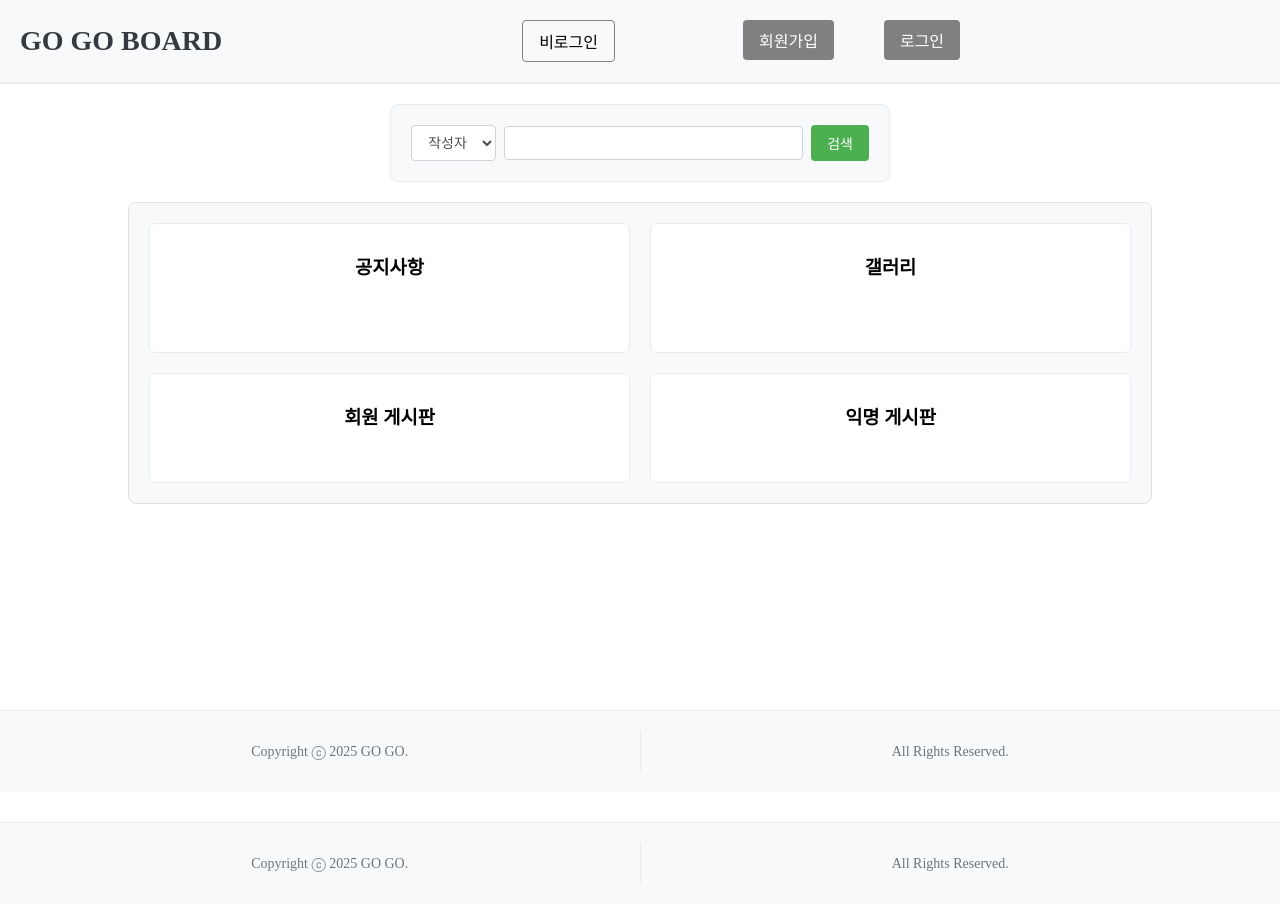
Repository: 1plus1equals3-true/Board-Project
Page: http://localhost/jsp/board_proc/main_proc.jsp
These files come from the project's save history. The page is drawn as it stood at one moment and after a run of saves; the edit follows.
The browser window is 1280 px wide. The pictures show the whole page.
The page is served by Tomcat 9. Other server files are loaded and not shown. Queries for data that is not in the repository find no rows.

Above is the page before, as saved 2025-09-25 02:22:23.

### jsp/src/main/webapp/board_proc/main_proc.jsp
<%@ page language="java" contentType="text/html; charset=UTF-8" pageEncoding="UTF-8"%>
<%@ page import="java.util.*"%>
<%@page import="java.awt.PageAttributes.OrientationRequestedType"%>
<%@ page import="java.sql.*"%>
<%@ page import="lib.DB" %>

<%
Connection conn = null;

String sql = "";
Statement st = null;
ResultSet rs = null;
List <Map<String, String>>memberboardlist = new ArrayList<>();

String sql2 = "";
Statement st2 = null;
ResultSet rs2 = null;
List <Map<String, String>>Noticelist = new ArrayList<>();

String sql3 = "";
Statement st3 = null;
ResultSet rs3 = null;
List <Map<String, String>>anonymitylist = new ArrayList<>();

String sql4 = "";
Statement st4 = null;
ResultSet rs4 = null;
List <Map<String, String>>gallerylist = new ArrayList<>();

try {
	conn = DB.getConnection();

	sql = "SELECT * FROM board WHERE boardtype=1 ORDER BY idx DESC LIMIT 5";
	sql2 = "SELECT * FROM board WHERE boardtype=0 ORDER BY idx DESC LIMIT 5";
	sql3 = "SELECT * FROM board WHERE boardtype=2 ORDER BY idx DESC LIMIT 5";
	sql4 = "SELECT * FROM board WHERE boardtype=3 ORDER BY idx DESC LIMIT 6";

	st = conn.createStatement();
	st2 = conn.createStatement();
	st3 = conn.createStatement();
	st4 = conn.createStatement();
	rs = st.executeQuery(sql);
	rs2 = st2.executeQuery(sql2);
	rs3 = st3.executeQuery(sql3);
	rs4 = st4.executeQuery(sql4);

	while (rs.next()) {
	    String idx = rs.getString("idx");
	    String title = rs.getString("title");

	    Map<String, String> row = new HashMap<>();
	    row.put("idx", idx);
	    row.put("title", title);

	    memberboardlist.add(row);
	}

	while (rs2.next()) {
	    String idx = rs2.getString("idx");
	    String title = rs2.getString("title");

	    Map<String, String> row = new HashMap<>();
	    row.put("idx", idx);
	    row.put("title", title);

	    Noticelist.add(row);
	}

	while (rs3.next()) {
	    String idx = rs3.getString("idx");
	    String title = rs3.getString("title");

	    Map<String, String> row = new HashMap<>();
	    row.put("idx", idx);
	    row.put("title", title);

	    anonymitylist.add(row);
	}

	while (rs4.next()) {
	    String idx = rs4.getString("idx");
	    String title = rs4.getString("title");

	    Map<String, String> row = new HashMap<>();
	    row.put("idx", idx);
	    row.put("title", title);

	    gallerylist.add(row);
	}

}catch(Exception e){
    e.printStackTrace();
    out.println(sql);
    out.println(sql2);
    out.println(sql3);
    out.println(sql4);
}finally {
    try { if (rs != null) rs.close(); } catch (SQLException ignore) { }
    try { if (rs2 != null) rs2.close(); } catch (SQLException ignore) { }
    try { if (rs3 != null) rs3.close(); } catch (SQLException ignore) { }
    try { if (rs4 != null) rs4.close(); } catch (SQLException ignore) { }

    try { if (st != null) st.close(); } catch (SQLException ignore) { }
    try { if (st2 != null) st2.close(); } catch (SQLException ignore) { }
    try { if (st3 != null) st3.close(); } catch (SQLException ignore) { }
    try { if (st4 != null) st4.close(); } catch (SQLException ignore) { }

    try { if (conn != null) conn.close(); } catch (SQLException ignore) { }
}



    // request 객체에 데이터 저장
    request.setAttribute("memberboardlist", memberboardlist);
    request.setAttribute("Noticelist", Noticelist);
    request.setAttribute("anonymitylist", anonymitylist);
    request.setAttribute("gallerylist", gallerylist);

    // 뷰(View) 역할을 하는 JSP로 포워딩
    RequestDispatcher dispatcher = request.getRequestDispatcher("../board/main.jsp");
    dispatcher.forward(request, response);
%>

### jsp/src/main/webapp/board/main.jsp
<%@page import="java.awt.PageAttributes.OrientationRequestedType"%>
<%@ page language="java" contentType="text/html; charset=UTF-8"
    pageEncoding="UTF-8"%>
<%@ page import="java.sql.*"%>
<%@ page import="lib.DB" %>
<%@ taglib prefix="c" uri="http://java.sun.com/jsp/jstl/core"%>
<!DOCTYPE html>
<html>
<head>
<meta charset="UTF-8">
<title>메인 화면</title>

<style>
*{
	margin: 0 auto;
	padding: 0;
	text-align: center;
	box-sizing: border-box;
}


/*두번째 섹션*/
.grid-container {
    display: flex;
    flex-wrap: wrap;
    justify-content: center;
    gap: 20px;
    width: 80%;
    max-width: 1200px;
    margin: 20px auto;
    border: 1px solid #dee2e6;
    border-radius: 8px;
    padding: 20px;
    background-color: #f8f9fa;
}

/* 각 게시판 요약 div 스타일 */
.grid-container > div {
    flex-basis: calc(50% - 10px);
    box-sizing: border-box;
    padding: 20px;
    text-align: left; /* 내부 텍스트 왼쪽 정렬 */
    background-color: #fff; /* 내부 div 배경색 */
    border: 1px solid #e9ecef; /* 내부 div 테두리 */
    border-radius: 6px;
}

/* 각 게시판 제목 */
.grid-container h3 {
    text-align: center; /* 제목은 중앙 정렬 */
    margin-bottom: 15px;
    color: #333;
    /*border-bottom: 1px solid #eee;*/
    padding-bottom: 10px;
}

/* 텍스트 목록 (공지사항, 게시판) */
.grid-container > div a {
    display: block; /* 링크를 세로로 정렬 */
    text-decoration: none;
    color: #555;
    padding: 8px 0;
    border-bottom: 1px solid #f0f0f0;
    transition: color 0.2s ease;
    text-align: left;
}

.grid-container > div a:hover {
    color: #007bff;
}

/* 갤러리 슬라이더 컨테이너 */
.slider-container {
    position: relative; /* 버튼 배치를 위해 */
    overflow: hidden; /* 슬라이드 영역 밖의 내용을 숨김 */
    padding: 10px 0; /* 상하 여백 */
}

/* 모든 슬라이드를 담는 트랙 */
.slider-track {
    display: flex; /* 이미지를 가로로 나열 */
    transition: transform 0.5s ease-in-out; /* 슬라이드 애니메이션 효과 */
    width: 100%; /* 초기 너비 */
}

/* 각 슬라이드 아이템 (3x2 그리드 하나) */
.slide-item {
    min-width: 100%; /* 슬라이드 아이템이 슬라이더 컨테이너 너비만큼 차지 */
    box-sizing: border-box;
    display: grid;
    grid-template-columns: repeat(3, 1fr); /* 3열 그리드 유지 */
    grid-template-rows: repeat(2, 1fr); /* 2행 그리드 유지 */
    gap: 5px;
    padding: 0 5px; /* 양쪽 끝 여백 */
}

/* 갤러리 이미지 스타일 */
.slide-item img {
    width: 100%; /* 슬라이드 아이템 너비에 맞게 */
    height: 78px;
    object-fit: cover;
    border: 1px solid #ddd;
    border-radius: 4px;
}

/* 슬라이드 버튼 스타일 */
.slide-btn {
    position: absolute;
    top: 50%;
    transform: translateY(-50%);
    background: rgba(0, 0, 0, 0.5);
    color: white;
    border: none;
    padding: 10px 15px;
    cursor: pointer;
    z-index: 10;
    border-radius: 4px;
    opacity: 0.8;
}

.slide-btn:hover {
    opacity: 1;
}

.prev-btn {
    left: 10px;
}

.next-btn {
    right: 10px;
}

/*검색 폼*/
.search-form {
    display: flex;
    align-items: center;
    gap: 8px; /* 요소들 사이의 간격 */
    padding: 20px;
    background-color: #f8f9fa;
    border: 1px solid #e9ecef;
    border-radius: 8px;
    max-width: 500px;
    margin: 20px auto; /* 중앙 정렬 */
}

.search-form select,
.search-form input[type="text"] {
    padding: 8px 12px;
    border: 1px solid #ced4da;
    border-radius: 4px;
    font-size: 14px;
    color: #495057;
}

.search-form select {
    background-color: #fff;
    cursor: pointer;
}

.search-form input[type="text"] {
    flex-grow: 1; /* 남은 공간을 채우도록 */
}

.search-form button {
    padding: 8px 16px;
    border: none;
    border-radius: 4px;
    background-color: #4CAF50;
    color: white;
    font-size: 14px;
    cursor: pointer;
    transition: background-color 0.3s ease;
}

.search-form button:hover {
    background-color: #0056b3;
}
</style>
</head>
<body>
<%@ include file="op_top.jsp" %>
<section class="min-height">
<section>
	<form name="search_form" method="get" action="../board/list.jsp" class="search-form">
		<select name="key">
			<option value="name">작성자</option>
			<option value="title">제목</option>
			<option value="content">내용</option>
		</select>
		<input type="text" name="word">
		<button type="submit">검색</button>
	</form>
</section>
<section class="grid-container">
	<div>
		<h3><a href="../board/list_notice.jsp" style="border-bottom: none; text-align: center; color: black;">공지사항</a></h3>
		<c:forEach var="row" items="${Noticelist}">
			<a href="<c:url value="../board/view.jsp"><c:param name="idx" value="${row.idx}" /></c:url>">
	    		<c:out value="${row.title}" />
			</a>
		</c:forEach>
	</div>

	<div>
		<h3><a href="../board/list_gallery.jsp" style="border-bottom: none; text-align: center; color: black;">갤러리</a></h3>

		<div class="slider-container">
			<div class="slider-track">

			<c:forEach var="row" items="${gallerylist}" varStatus="status">
				<c:if test="${status.index % 6 == 0}">
					<div class="slide-item">
				</c:if>

				<a href="<c:url value="../board/view.jsp"><c:param name="idx" value="${row.idx}" /></c:url>">
					<img alt="X" src="../board_proc/download_gallery.jsp?idx=<c:out value="${row.idx}" />&fileidx=0">
				</a>

				<c:if test="${status.index % 6 == 5}">
					</div> </c:if>

			</c:forEach>

			<c:if test="${gallerylist.size() % 6 != 0}">
				</div> </c:if>

			</div> <button class="slide-btn prev-btn">❮</button>
			<button class="slide-btn next-btn">❯</button>
		</div>
	</div>

	<div>
		<h3><a href="../board/list_member.jsp" style="border-bottom: none; text-align: center; color: black;">회원 게시판</a></h3>
		<c:forEach var="row" items="${memberboardlist}">
			<a href="<c:url value="../board/view.jsp"><c:param name="idx" value="${row.idx}" /></c:url>">
	    		<c:out value="${row.title}" />
			</a>
		</c:forEach>
	</div>

	<div>
		<h3><a href="../board/list_anonymity.jsp" style="border-bottom: none; text-align: center; color: black;">익명 게시판</a></h3>
		<c:forEach var="row" items="${anonymitylist}">
			<a href="<c:url value="../board/view.jsp"><c:param name="idx" value="${row.idx}" /></c:url>">
	    		<c:out value="${row.title}" />
			</a>
		</c:forEach>
	</div>
</section>
</section>
<%@ include file="op_bot.jsp" %>
<%@ include file="op_bot.jsp" %>

<script>
document.addEventListener('DOMContentLoaded', function() {
    const track = document.querySelector('.slider-track');
    const slides = document.querySelectorAll('.slide-item');
    const nextBtn = document.querySelector('.next-btn');
    const prevBtn = document.querySelector('.prev-btn');

    // 슬라이드가 없거나 1개 이하면 슬라이드 기능 불필요
    if (slides.length <= 1) {
        if (nextBtn) nextBtn.style.display = 'none';
        if (prevBtn) prevBtn.style.display = 'none';
        return;
    }

    let currentSlide = 0;
    const slideWidth = 100; // 각 슬라이드 아이템은 컨테이너의 100% 너비

    // 슬라이드 이동 함수
    function moveToSlide(index) {
        if (index < 0) {
            currentSlide = slides.length - 1; // 무한 슬라이드를 원치 않으면 0으로
        } else if (index >= slides.length) {
            currentSlide = 0; // 무한 슬라이드를 원치 않으면 slides.length - 1로
        } else {
            currentSlide = index;
        }

        const offset = -currentSlide * slideWidth; // 이동할 거리 계산
        track.style.transform = `translateX(${offset}%)`;
    }

    // 다음 버튼 클릭 이벤트
    nextBtn.addEventListener('click', () => {
        moveToSlide(currentSlide + 1);
    });

    // 이전 버튼 클릭 이벤트
    prevBtn.addEventListener('click', () => {
        moveToSlide(currentSlide - 1);
    });

    // 초기 버튼 상태 설정 (필요하다면)
    // moveToSlide(0); // 첫 슬라이드로 초기화
});
</script>

</body>
</html>
</body>
</html>

### jsp/src/main/webapp/board/op_top.jsp
<%@ page language="java" contentType="text/html; charset=UTF-8"
    pageEncoding="UTF-8"%>
<%@ page import="java.sql.*" %>
<%@ page import="lib.DB" %>
<%
String login_id = "";
login_id = (String)session.getAttribute("ss_check");
String login_idx = "";
String login_name = "";
String login_upfile = "";
int login_rank = -1;

if(login_id == null || login_id.equals("") || login_id.equals("null")) {
}else {
	String sqll = null;
	Connection connl =null;
	PreparedStatement psl = null;
	ResultSet rsl = null;

	try {

		connl = DB.getConnection();

		sqll = "SELECT * FROM member WHERE uid=?";
		psl = connl.prepareStatement(sqll);
		psl.setString(1, login_id);

		rsl = psl.executeQuery();
		rsl.next();

		login_idx = rsl.getString("idx");
		login_name = rsl.getString("name");
		login_upfile = rsl.getString("upfile");
		login_rank = rsl.getInt("member_rank");

	}catch (Exception e) {
		out.println(e.toString());
		out.println(sqll);
	}
}

if (login_rank == 0) {
	%> <script type="text/javascript">
		alert("비활성화된 회원입니다.");
		location.replace("../member/Login.jsp")
	</script> <%
	session.removeAttribute("ss_check");
	return;
}

%>

<style>
.min-height {
	min-height: 80vh;
}
*{
	margin: 0 auto;
	padding: 0;
	text-align: center;
	box-sizing: border-box;
}
.board-header {
    background-color: #f8f9fa;
    border-bottom: 2px solid #e9ecef;
    padding: 20px;
    display: flex;
    justify-content: space-between;
    align-items: center;
    width: 100%;
    min-height: 10vh;
    margin: 0 auto;
}

.board-header h1 {
    font-size: 28px;
    color: #343a40;
    margin: 0;
    font-weight: bold;
    text-align: left;
}

.board-header h1 a {
	font-size: 28px;
    color: #343a40;
    margin: 0;
    font-weight: bold;
    text-decoration: none;
}

.board-header nav ul {
    list-style: none;
    padding: 0;
    margin: 0;
    display: flex;
    gap: 50px;
    text-align: right;
}

.board-header nav li a {
    text-decoration: none;
    /*color: #495057;*/
    font-size: 16px;
    font-weight: 500;
    transition: color 0.3s ease;
}

header img {
	width: 40px;
    height: 40px;
    border-radius: 4px;
    border: 1px solid #ced4da;
}

.logout-btn {
    display: inline-block;
    padding: 8px 16px;
    border: none;
    border-radius: 4px;
    background-color: gray;
    color: white;
    cursor: pointer;
    text-decoration: none;
    transition: background-color 0.3s ease;
}
.logout-btn:hover {
    background-color: #dc3545;
}

.mypage-btn {
    display: inline-block;
    padding: 8px 16px;
    border: none;
    border-radius: 4px;
    background-color: gray;
    color: white;
    cursor: pointer;
    text-decoration: none;
    transition: background-color 0.3s ease;
}
.mypage-btn:hover {
    background-color: #007bff;
}

.user-info {
    display: inline-block;
    padding: 8px 16px;
    border: 1px solid gray;
    border-radius: 4px;
    color: black;
    font-size: 16px;
    font-weight: 500;
    transition: background-color 0.3s ease;
}


</style>
<% if(login_id == null || login_id.equals("") || login_id.equals("null")) { %>
<header class="board-header">
    <h1><a href="../board_proc/main_proc.jsp">GO GO BOARD</a></h1>
    <nav>
        <ul>
            <li><span class="user-info">비로그인</span></li>
            <li> &nbsp; &nbsp; &nbsp; &nbsp; </li>
            <li><a href="../member/Join.jsp" class="mypage-btn">회원가입</a></li>
            <li><a href="../member/Login.jsp" class="mypage-btn">로그인</a></li>
        </ul>
    </nav>
</header>
<% }else { %>
<header class="board-header">
    <h1><a href="../board_proc/main_proc.jsp">GO GO BOARD</a></h1>
    <nav>
        <ul>
            <li><span class="user-info">이름 : <%= login_name %></span></li>
            <% if (login_upfile == null || login_upfile.equals("")) { %>
            	<li> &nbsp; &nbsp; &nbsp; &nbsp; </li>
            <% }else { %>
            	<li><img alt="X" src="../member/Download.jsp?uid=<%= login_id %>"></li>
            <% } %>
            <li><a href="../member/View.jsp?uid=<%= login_id %>" class="mypage-btn">마이페이지</a></li>
            <li><a href="../member/Logout.jsp" class="logout-btn">로그아웃</a></li>
        </ul>
    </nav>
</header>
<% } %>

### jsp/src/main/webapp/board/op_bot.jsp
<%@ page language="java" contentType="text/html; charset=UTF-8"
    pageEncoding="UTF-8"%>
<style>
.board-footer {
    background-color: #f8f9fa;
    border-top: 1px solid #e9ecef;
    padding: 20px;
    margin-top: 30px;
    display: flex;
    justify-content: space-around;
    align-items: flex-start;
    width: 100%;
    min-height: 10vh;
    margin-left: auto;
    margin-right: auto;
}

.board-footer > div {
    flex: 1;
    padding: 10px;
    text-align: center;
    color: #6c757d;
    font-size: 14px;
    line-height: 1.5;
}

.board-footer > div:not(:last-child) {
    border-right: 1px solid #e9ecef;
}
</style>
<footer class="board-footer">
    <div>Copyright ⓒ 2025 GO GO.</div>
    <div>All Rights Reserved.</div>
</footer>

### jsp/src/main/java/lib/DB.java
package lib;

import java.net.URLDecoder;
import java.net.URLEncoder;
import java.nio.charset.StandardCharsets;
import java.sql.*;

public class DB {

   public static Connection getConnection() throws Exception{

      String jdbcUrl = "jdbc:mysql://localhost:3306/jsp_db";
      String dbId = "user"; // 설정된 id
      String dbPass = "1234"; // 설정된 password

      Class.forName("com.mysql.cj.jdbc.Driver");
      Connection con = DriverManager.getConnection(jdbcUrl,dbId ,dbPass);

      return con;
   }

   public static String  Encoder(String text) {
	   if (text != null){
			try{
				return URLEncoder.encode(text, StandardCharsets.UTF_8);
			}catch(Exception e){
				e.printStackTrace();
				return "";
			}
		}else {
			return "";
		}
   }

   public static String  Decoder(String text) {
	   if (text != null){
			try{
				return URLDecoder.decode(text, StandardCharsets.UTF_8);
			}catch(Exception e){
				e.printStackTrace();
				return "";
			}
		}else {
			return "";
		}
   }

   public static String errMsg(String alert, String loc) {
	   if(loc.equals("back")) {
		   return "<script> alert(\""+alert+"\"); history.back(); </script>";
	   }
	   return "<script> alert(\""+alert+"\"); location.replace(\""+loc+"\"); </script>";
   }
}

After the next 2 saves:
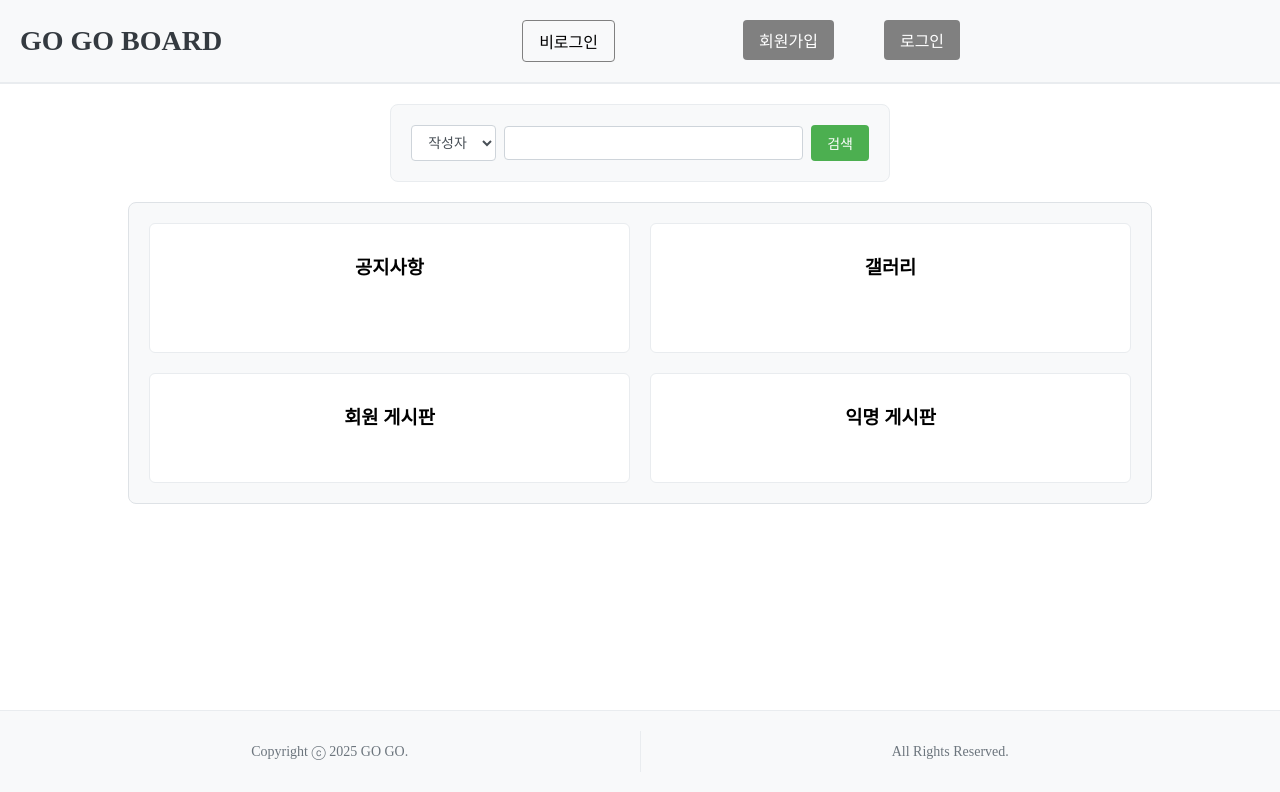
The 2 saves are shown as one change because they came seconds apart.
The last was saved 21 s later.
--- a/jsp/src/main/webapp/board/main.jsp
+++ b/jsp/src/main/webapp/board/main.jsp
@@ -249,7 +249,6 @@
 </section>
 </section>
 <%@ include file="op_bot.jsp" %>
-<%@ include file="op_bot.jsp" %>
 
 <script>
 document.addEventListener('DOMContentLoaded', function() {
@@ -299,5 +298,3 @@ document.addEventListener('DOMContentLoaded', function() {
 
 </body>
 </html>
-</body>
-</html>
